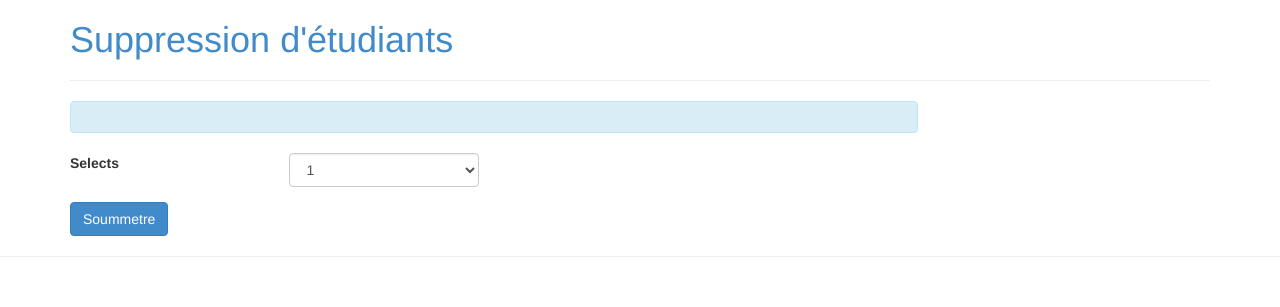
Repository: tt5300447/parakeet
Page: http://localhost/
An editor plug-in stored every save of this project. The page is shown before and after the next save, followed by the edit.
The browser window is 1280 px wide. The pictures show the whole page.
The page is run by PHP 8.4 with error messages shown; the project is at /var/www/html/.

Above is the page before, as saved 2022-06-22 12:41:58.
Console error (its wording comes from the project's code and is left out).

After the next save:
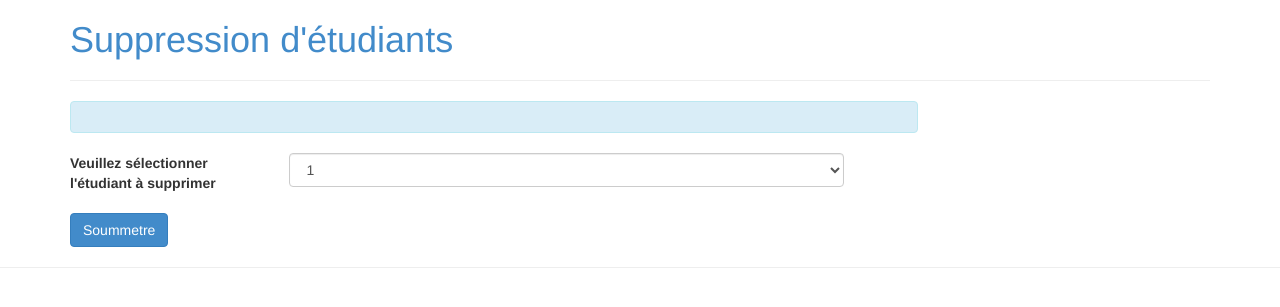
Saved 49 s later.
--- a/Copier/htdocs/Supprimer/index.php
+++ b/Copier/htdocs/Supprimer/index.php
@@ -28,8 +28,8 @@
                 </div>
                 <form class="form-horizontal" method="post" role="form">
                     <div class="form-group">
-                        <label class="col-lg-3">Selects</label>
-                        <div class="col-lg-3">
+                        <label class="col-lg-3">Veuillez sélectionner l'étudiant à supprimer</label>
+                        <div class="col-lg-8">
                             <select class="form-control">
                                 <option>1</option>
                                 <option>2</option>
